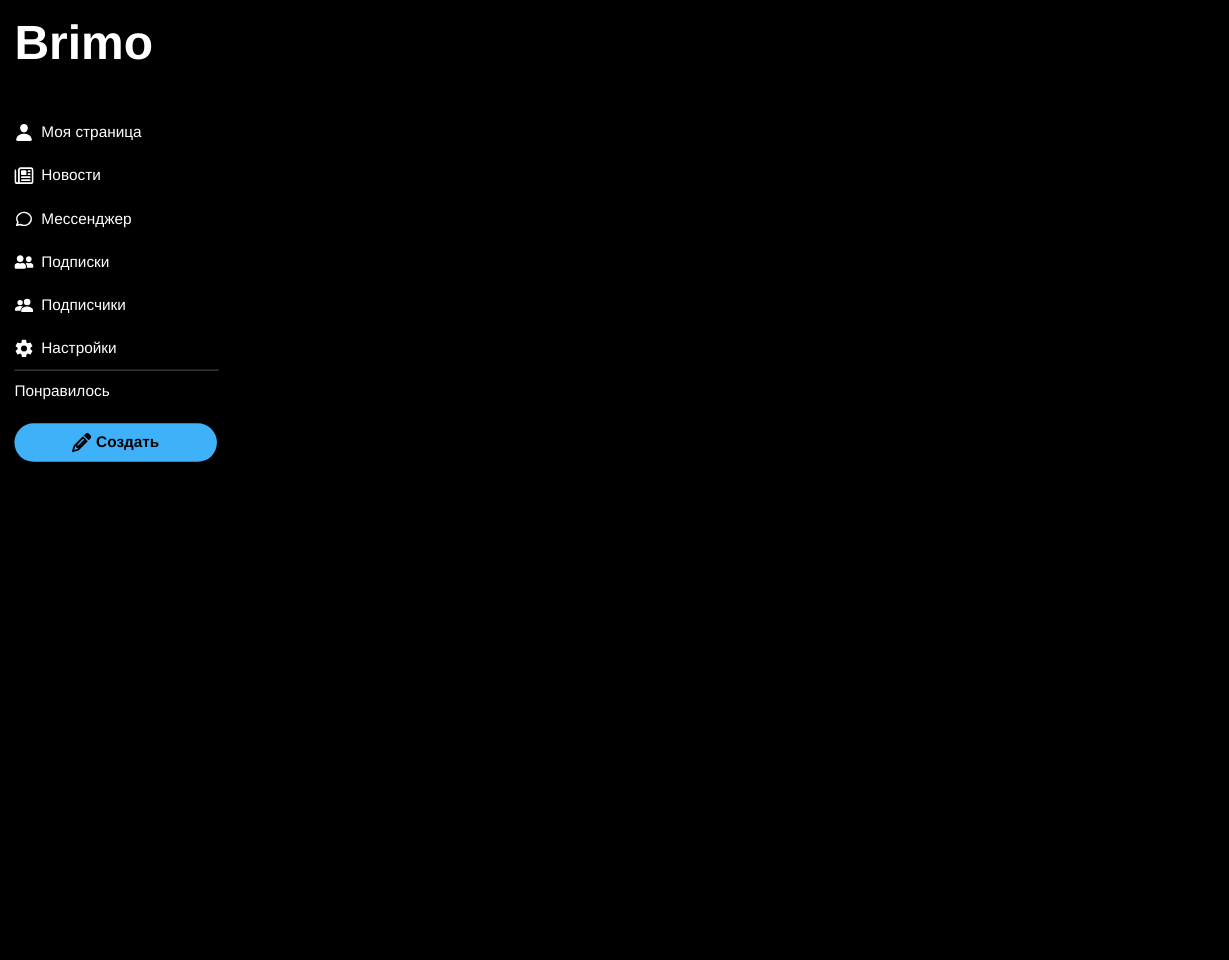
Repository: MaksimKrupkin/socialNetwork
Page: / (app in frontend/socialNetworkFrontend/)
These files come from the project's save history. The page is drawn as it stood at one moment and after the next save; the edit follows.
The browser window is 1280 px wide. The pictures show the whole page, at 96% of full size.
The project was rebuilt for these pictures with package versions that can differ from the ones it lists, and the page was loaded fresh each time. Also part of the build but not shown: frontend/socialNetworkFrontend/vite.config.js, frontend/socialNetworkFrontend/src/index.css.

Above is the page before, as saved 2024-11-27 20:23:07.

After the next save:
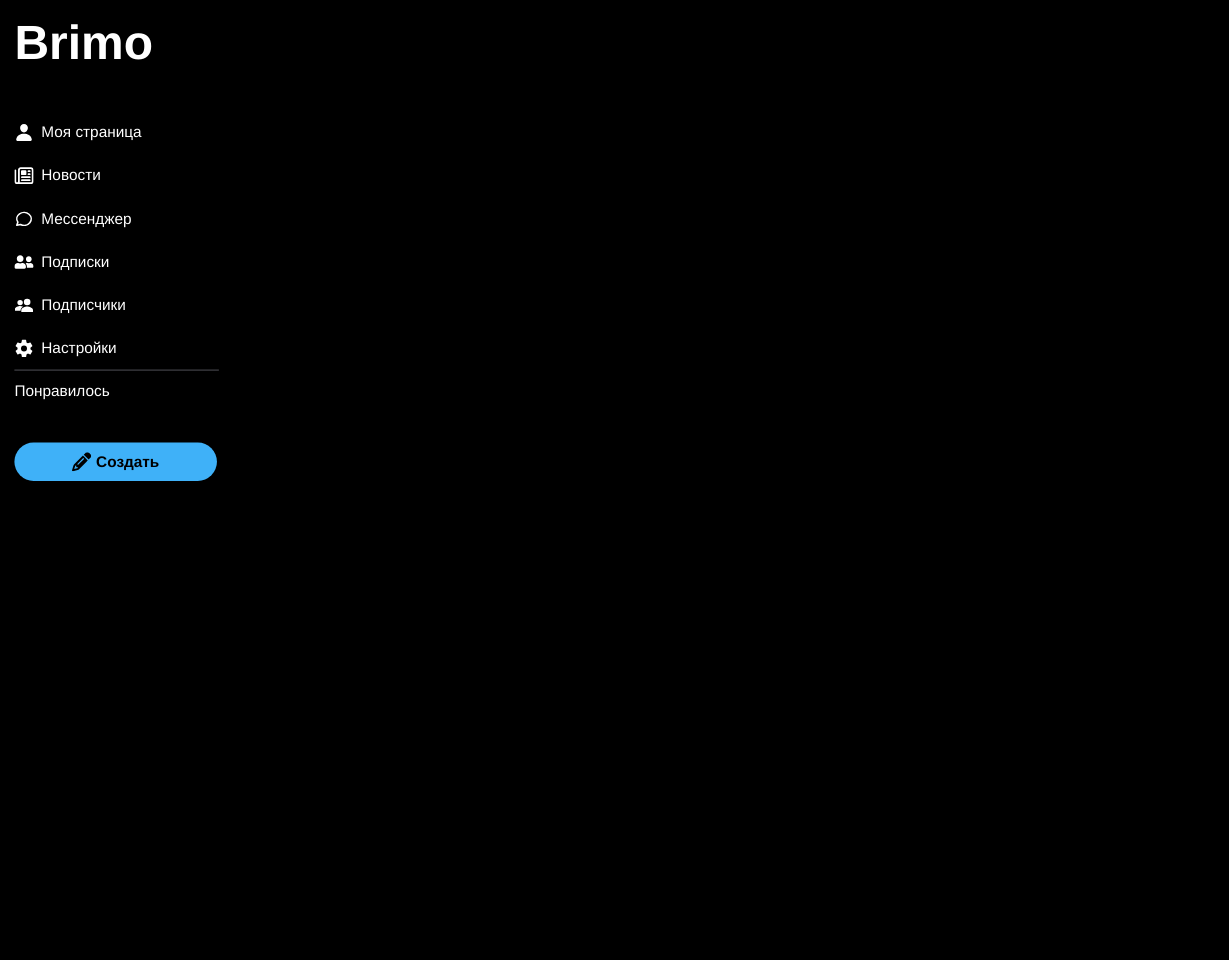
Saved 4 s later.
--- a/frontend/socialNetworkFrontend/src/Components/Navigation/Navigation.module.scss
+++ b/frontend/socialNetworkFrontend/src/Components/Navigation/Navigation.module.scss
@@ -23,7 +23,7 @@
 }
 
 .create_new {
-  margin-top: 10px;
+  margin-top: 30px;
   width: 99%;
   height: 40px;
   background-color: rgb(63, 177, 248);
